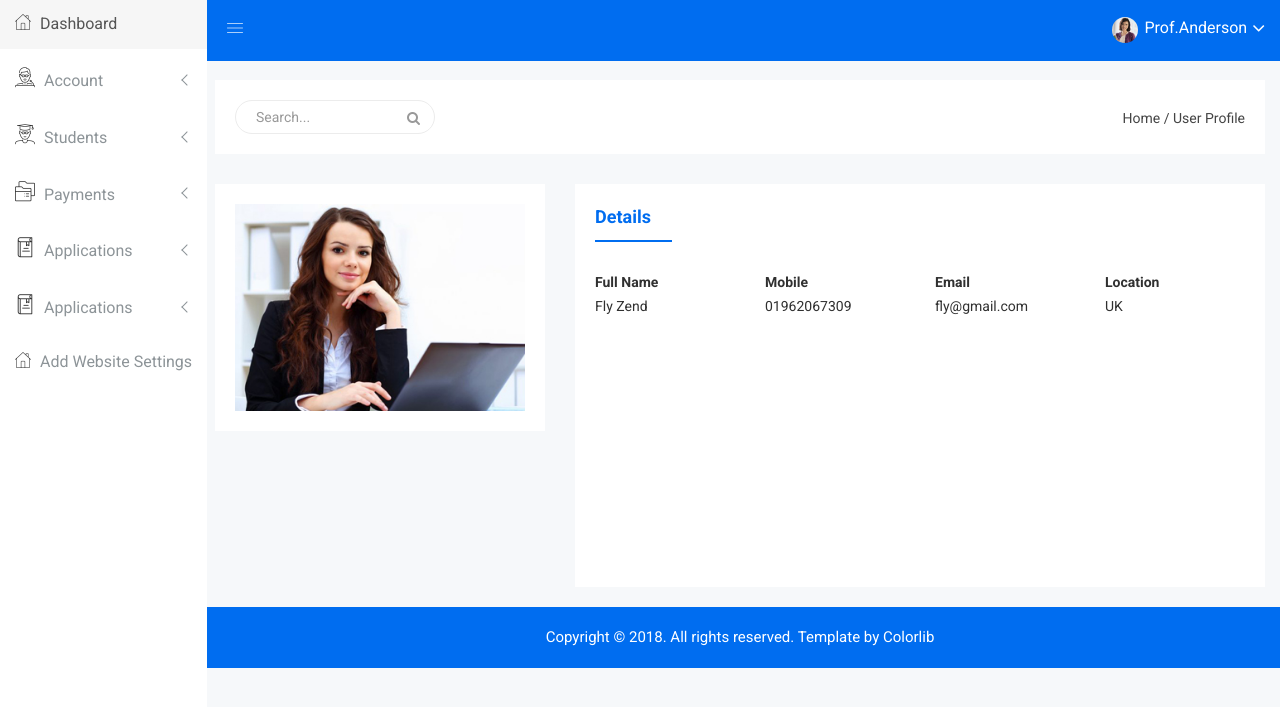
Repository: walterjnr1/crowdfunding-system
Page: http://localhost/Admin/user_profile.php
The author's editor kept a copy of each file at every save. The page is drawn from the files as they stood at one save, then again after the next save.
The browser window is 1280 px wide. The pictures show the whole page.
The page is run by PHP 8.4 with error messages shown; the project is at /var/www/html/.

Above is the page before, as saved 2025-02-22 14:53:11.

After the next save:
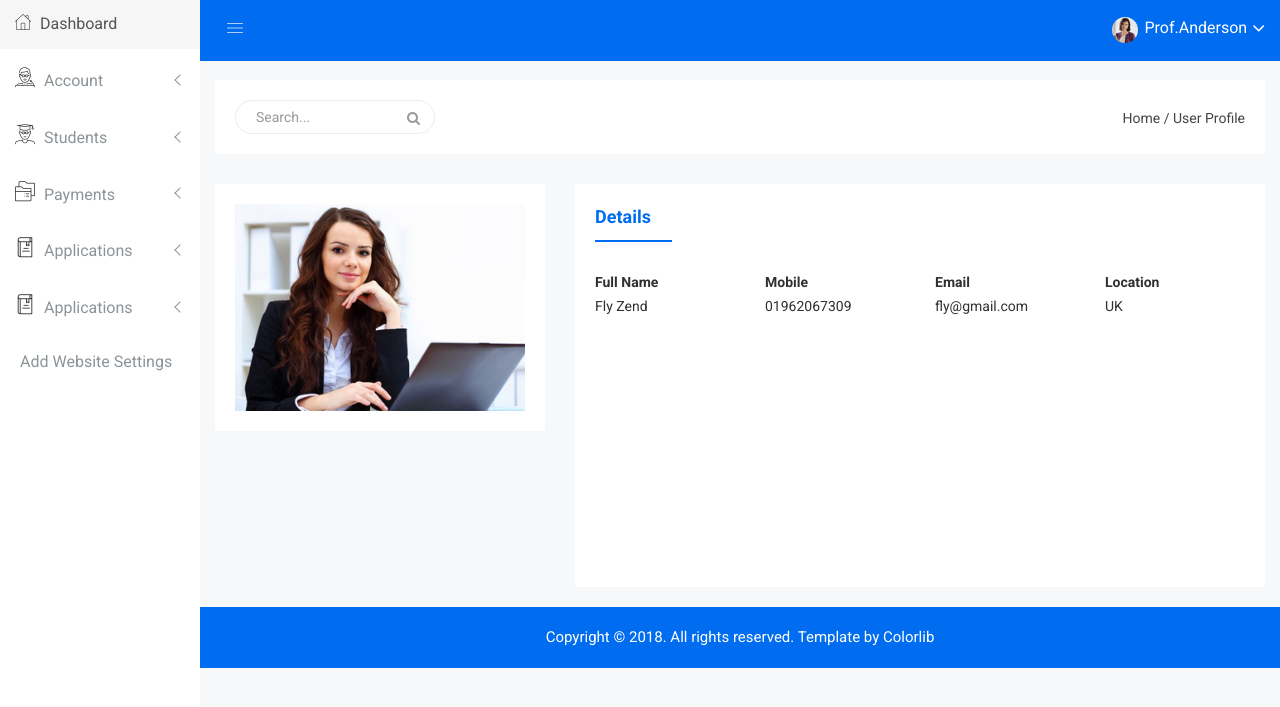
Saved 7 s later.
--- a/Admin/sidebar_main.php
+++ b/Admin/sidebar_main.php
@@ -41,7 +41,7 @@
                             </ul>
                         </li>
                         <li class="active">
-                            <a title="Website settings" href="website_settings.php" aria-expanded="false"><span class="educate-icon educate-home icon-wrap sub-icon-mg" aria-hidden="true"></span> <span class="mini-click-non">Add Website Settings</span></a>
+                            <a title="Website settings" href="website_settings.php" aria-expanded="false"><span class="educate-icon educate-cog icon-wrap sub-icon-mg" aria-hidden="true"></span> <span class="mini-click-non">Add Website Settings</span></a>
                          </li>
                     </ul>
                 </nav>
